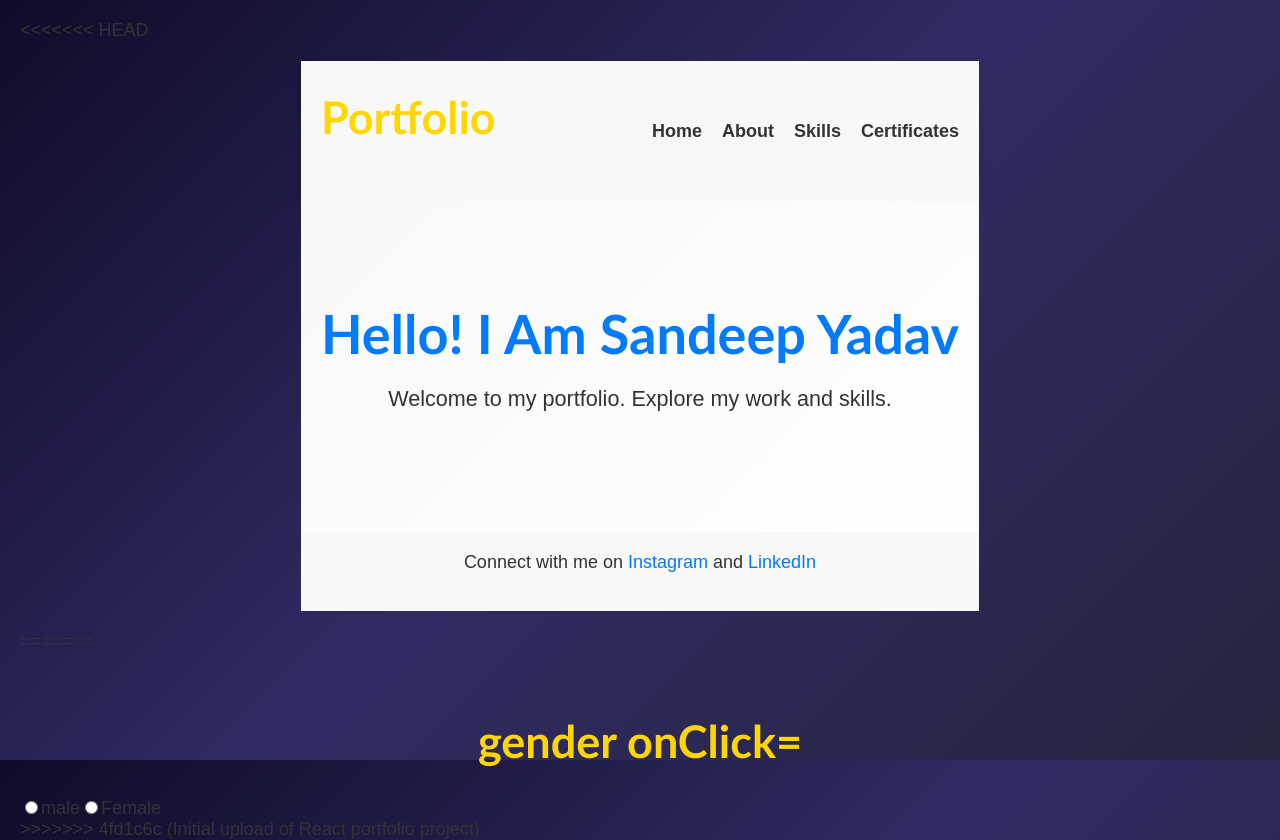
Repository: SandeepYadav18717/Sandeep_portfolio
Page: /
These files come from the project's save history. The page is drawn as it stood at one moment and after the next save; the edit follows.
The browser window is 1280 px wide. The pictures show the whole page.
The project was rebuilt for these pictures with package versions that can differ from the ones it lists, and the page was loaded fresh each time. Also part of the build but not shown: vite.config.js, src/index.css, src/App.css, src/Navbar/Navbar.jsx, src/Pages/Home.css, src/Pages/Index.jsx, src/Cards/Cards.jsx, src/Pages/Skills.jsx and 3 more.

Above is the page before, as saved 2025-08-30 07:44:27.

### index.html
<<<<<<< HEAD
 <!DOCTYPE html>
<html lang="en">
<head>
    <meta charset="UTF-8">
    <meta name="viewport" content="width=device-width, initial-scale=1.0">
    <title>Portfolio - Sandeep Yadav</title>
    <style>
        body {
            margin: 0;
            font-family: 'Arial', sans-serif;
            background-color: #ffffff;
            color: #333333;
            height: 100vh;
            display: flex;
            flex-direction: column;
            justify-content: space-between;
        }

        .container {
            max-width: 1200px;
            margin: 0 auto;
            padding: 20px;
            flex: 1;
        }

        .navbar {
            display: flex;
            justify-content: space-between;
            align-items: center;
            padding: 20px;
            background-color: #f8f8f8;
            box-shadow: 0 4px 8px rgba(0, 0, 0, 0.1);
            animation: slideIn 1s ease-out;
        }

        .navbar ul {
            list-style: none;
            display: flex;
            gap: 20px;
        }

        .navbar ul li {
            display: inline;
        }

        .navbar ul li a {
            color: #333333;
            text-decoration: none;
            font-weight: bold;
            transition: color 0.3s;
        }

        .navbar ul li a:hover {
            color: #007bff;
        }

        .hero {
            text-align: center;
            padding: 100px 20px;
            background: linear-gradient(135deg, #f8f8f8, #ffffff);
            animation: fadeIn 2s ease-in-out;
            flex: 1;
        }

        .hero h1 {
            font-size: 3em;
            margin: 0;
            color: #007bff;
            animation: bounceIn 1.5s ease-in-out;
        }

        .hero p {
            font-size: 1.2em;
            margin: 20px 0;
            color: #333333;
            animation: fadeIn 2s ease-in-out;
        }

        .hero a {
            display: inline-block;
            padding: 10px 20px;
            color: #ffffff;
            background-color: #007bff;
            text-decoration: none;
            border-radius: 5px;
            transition: background-color 0.3s;
            animation: fadeIn 2s ease-in-out;
        }

        .hero a:hover {
            background-color: #0056b3;
        }

        .footer {
            text-align: center;
            padding: 20px;
            background-color: #f8f8f8;
            animation: slideIn 1s ease-out;
        }

        .footer a {
            color: #007bff;
            text-decoration: none;
        }

        @keyframes slideIn {
            from {
                transform: translateY(-100%);
                opacity: 0;
            }
            to {
                transform: translateY(0);
                opacity: 1;
            }
        }

        @keyframes fadeIn {
            from {
                opacity: 0;
            }
            to {
                opacity: 1;
            }
        }

        @keyframes bounceIn {
            0%, 20%, 40%, 60%, 80%, 100% {
                transform: translateY(0);
            }
            50% {
                transform: translateY(-20px);
            }
        }
    </style>
</head>
<body>
    <div class="container">
        <nav class="navbar">
            <div class="logo">
                <h1>Portfolio</h1>
            </div>
            <ul>
                <li><a href="index.html">Home</a></li>
                <li><a href="about sandeep.html">About</a></li>
                <li><a href="Sandeep port experience.html">Skills</a></li>
                <li><a href="Sandeep port certifications.html">Certificates</a></li>
            </ul>
        </nav>

        <section class="hero" id="home">
            <h1>Hello! I Am Sandeep Yadav</h1>
            <p>Welcome to my portfolio. Explore my work and skills.</p>

        </section>

        <footer class="footer">
            <p>Connect with me on <a href="https://instagram.com/sandeepyadav782707?utm_source=qr&igshid=ZDc4ODBmNjlmNQ%3D%3D">Instagram</a> and <a href="https://www.linkedin.com/in/sandeep-yadav-0b6357210">LinkedIn</a></p>
        </footer>
    </div>
</body>
</html>
=======
<!doctype html>
<html lang="en">
  <head>
    <meta charset="UTF-8" />
    <link rel="icon" type="image/svg+xml" href="/vite.svg" />
    <meta name="viewport" content="width=device-width, initial-scale=1.0" />
    <title>Vite + React</title>
  </head>
  <body>
    <div id="root"></div>
    <script type="module" src="/src/main.jsx"></script>
  </body>
</html>
>>>>>>> 4fd1c6c (Initial upload of React portfolio project)

### src/App.jsx
import { useState } from 'react'
import reactLogo from './assets/react.svg'
import viteLogo from '/vite.svg'
import './App.css'
import Navbar from './navbar/Navbar'
import Home from './Pages/Index.jsx'
import Cards, { Card } from './Cards/Cards.jsx'
import Skills from './Pages/Skills.jsx'
import Index from './Pages/Index.jsx'
import Cert from './Certifitae/Certi.jsx'
import Contact from './Contact/contact.jsx'
import Checkbox from "./Practice/Checkbox.jsx"







function App() {

  return (
    <>
   <Checkbox/>







    </>
  )
}

export default App

### src/Practice/Checkbox.jsx
import { useState } from "react";

useState

function Checkbox(){
    const[Gender,setGender]=useState();
    function value(event){
        setGender(event.target.value)

    }



    return(

        <>
     <h1>gender onClick={value}</h1>

<input onClick={value}type="radio"
 name="gender"
 id="male"/>male

<input type="radio"
 name="gender"
 id="male"/>Female

     </>
    );
}
export default Checkbox

### src/Navbar/Navabr.css
@import url('https://fonts.googleapis.com/css2?family=Press+Start+2P&display=swap');

#container {
    height: 70px;
    width: 100%;
    display: flex;
    justify-content: space-evenly;
    align-items: center;
    font-family: 'Press Start 2P', cursive;
    color: #4e3940;
    background-color: transparent;
    transition: all 0.2s ease-in-out;
}
#container

.nav-item {
    padding: 10px 25px;
    border-radius: 10px;


    transition: all 0.4s ease;
}

#container .nav-item:hover {
    text-shadow: 2px 2px 5px whitesmoke;
    box-shadow: 0 10px 20px rgba(0,0,0,0.5);
    transform: translateY(-10px) scale(1.1);
    background-color:  #4e3940;
    color: whitesmoke;
    cursor: pointer;
}

body{
    background: linear-gradient(135deg,black);
    height: 100vh;
}

### src/Cards/Card.css
@import url('https://fonts.googleapis.com/css2?family=Montserrat:wght@400;700&display=swap');

#card-contain{
    display: flex;

    height:250px;
    margin-top: 10%;
    justify-content: center;
    border-radius: 25px;
    gap:4%



}


.Back {
  background: linear-gradient(135deg, #3a1c71, #d76d77, #ffaf7b);
  height: 250px;
  width: 250px;
  border-radius: 25px 80px 25px  80px;
  border: 3px double gold;
   margin-left: 0px;
   padding-left: 20px;
   padding-top: 20px;
  transition: transform 0s ease;
  box-shadow: 5px 10px 18px 5px black ;
  animation: card 1s ease-in-out 0s;

}
@keyframes card {
  0%{
    transform: scale(0.5);
    opacity: 0;


  }


  100%{
    transform: scale(1);
    opacity: 200;
  }

}

.Back:hover {
 transform: rotateY(180deg);
 height:400px;
 color: wheat;
  background: linear-gradient(135deg, #0f0c29, #302b63, #24243e);
  border: 3px solid gold;
  box-shadow: 5px 10px 18px  crimson;
  font-family:'Montserrat' ;
}

.Back-X {
  background: linear-gradient(-135deg, #3a1c71, #d76d77, #ffaf7b);
  height: 250px;
  width: 250px;
  padding-left: 20px;
  padding-top: 50px;
  border-radius: 50px;
   margin-left: 0px;
  transition: transform 0s ease;
  box-shadow: 5px 10px 18px 10px black;


}
.Back-X:hover {
  transform: rotateX(180deg);
 height:400px;
 padding-top: 20px;
 color: wheat;
  background: linear-gradient(135deg, #0f0c29, #302b63, #24243e);
  border: 3px solid gold;
  box-shadow: 5px 10px 18px  crimson;
  font-family:'Montserrat' ;



}

.card-1,.card-3  {
  border-radius: 25px;
  height: 250px;
   margin-left: 40px;
  color: transparent;
  transition: transform 1s ease;


}
.card-1:hover {
  transform: rotateY(180deg);


}


.card-2,.card-4 {

  height: 450px;
  width: 250px;
  border-radius: 25px;
   margin-left: 40px;
  transition: transform 1s ease;
  color: transparent;

}

.card-2:hover {
  transform: rotatex(180deg);

}


.card-3:hover {
  transform: rotateY(180deg);
   color: wheat;
}

.card-4:hover {
  transform: rotateX(180deg);

}
body{
 background: linear-gradient(135deg, #0f0c29, #302b63, #24243e);
            color: #f8f8f8;
            min-height: 100vh;
            padding: 20px;
}
h3{
  color: yellow;
  font-size: xx-large;
  margin-top:0% ;
}
h3:hover{
  color: yellow;

  margin-top:0% ;
}
p{
  margin-top: 0%;
}

### src/Pages/Skills.css


h1 {
  text-align: center;
  color: gold;
  font-family: 'Gill Sans', 'Gill Sans MT', Calibri, 'Trebuchet MS', sans-serif;
  margin-top: 20px;
  font-size: 250%;
  margin-top: 5%;
}
#card-skill {
  height: 200px;
  display: flex;

  align-items: center;
  gap:2%;
  border-radius: 20px;
  color: white;
  width:100%




}
.card-skill-1,.card-skill-2,.card-skill-3,.card-skill-4{
    background-color:  rgba(15, 12, 41, 0.7);
    border: 1px solid gold;
    height:145px;
    width:250px;
    background: rgba(15, 12, 41, 0.5);
    border-radius: 25px;
    margin-left: 4%;
    margin-top: 5%;
    text-align: center;
    color: #ffd700


 ;


}
.card-skill-1:hover,.card-skill-2:hover,.card-skill-3:hover,.card-skill-4:hover,.card-skill.h3:hover{
    border-color: #ffd700;
    box-shadow: 10px 15px 15px rgba(255, 215, 0, 0.2),  0 2.5px 5px crimson;
    transform: scale(1.3);
    border:2px, double ,gold;

}
.card-skill.h3 {
  color: yellow;
  background: transparent;
  display: inline-block;
  font-size: 20px;
  transition: transform 0.3s ease, color 0.3s ease;
  height: 35px;
  width:250px;
}

### src/Contact/contact.css
body{
    background-color: azure;
    color: aqua;
    font-size: large;
}
.input-box {
             display: inline-flex;
            align-items: center;
            gap: 15px;
            margin-top: 2%;
            padding: 18px 40px;
            background: linear-gradient(135deg, var(--gold) 0%, #B8860B 100%);
            color: var(--dark);
            border: none;
            font-weight: 600;
            border-radius: 2px;
            transition: var(--transition);
            box-shadow: 0 10px 30px rgba(212, 175, 55, 0.3);
            cursor: pointer;



}
@keyframes input {
   25% {
    transform: translateY(-1225px);
  }
  50% {
    transform: translateZ(100px) translateY(100px);
  }
  75% {
    transform: translateZ(1225px);
  }
}


.input-box:focus {
  border-color: #007bff;
  box-shadow: -4px 15px 25px rgba(240, 241, 243, 0.5);
  width: 500px;

}
button{
    display: inline-flex;
            align-items: center;

            gap: 15px;
            padding: 18px 40px;
            background: linear-gradient(to right, #ff9966, #ff5e62);
            color: Gold;
            border: yellow;
            font-weight: 600;
            border-radius: 2px;
            transition: var(--transition);
            box-shadow: 0 10px 30px rgba(212, 175, 55, 0.3);
            cursor: pointer;
}
button:hover{
     transform: translateY(-3px);
            box-shadow: 0 15px 40px rgba(212, 175, 55, 0.4);
}
#heading{
    font-size: xxx-large;
    color:  #f9dcdc;
    text-shadow: 1px 1px 4px  gold;
    text-align: center;
}

Loaded but not shown: src/main.jsx (common file); src/index.css (no copy from this time; the picture is the same without it)

After the next save:
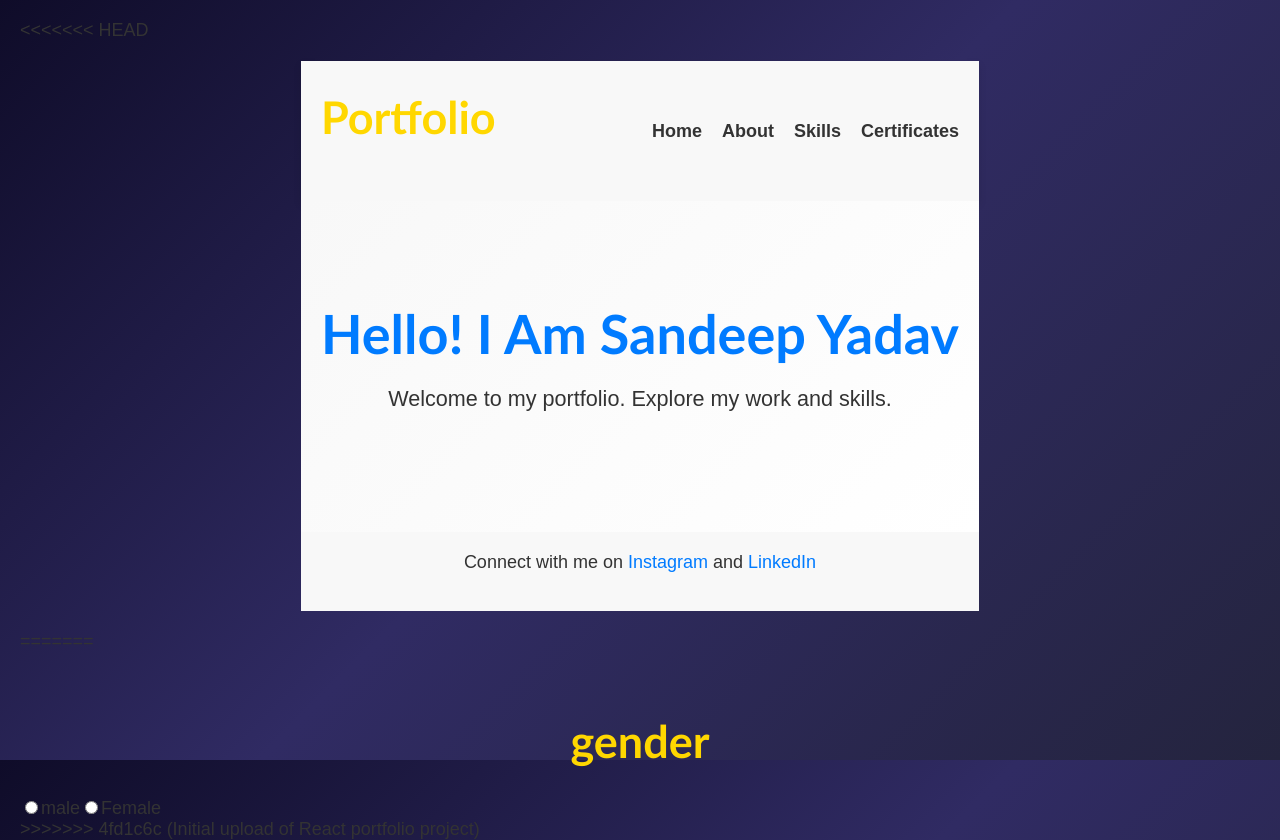
Saved 21 s later.
--- a/src/Practice/Checkbox.jsx
+++ b/src/Practice/Checkbox.jsx
@@ -14,7 +14,7 @@ function Checkbox(){
     return(
 
         <>
-     <h1>gender onClick={value}</h1>
+     <h1>gender {value}</h1>
 
 <input onClick={value}type="radio"
  name="gender"
